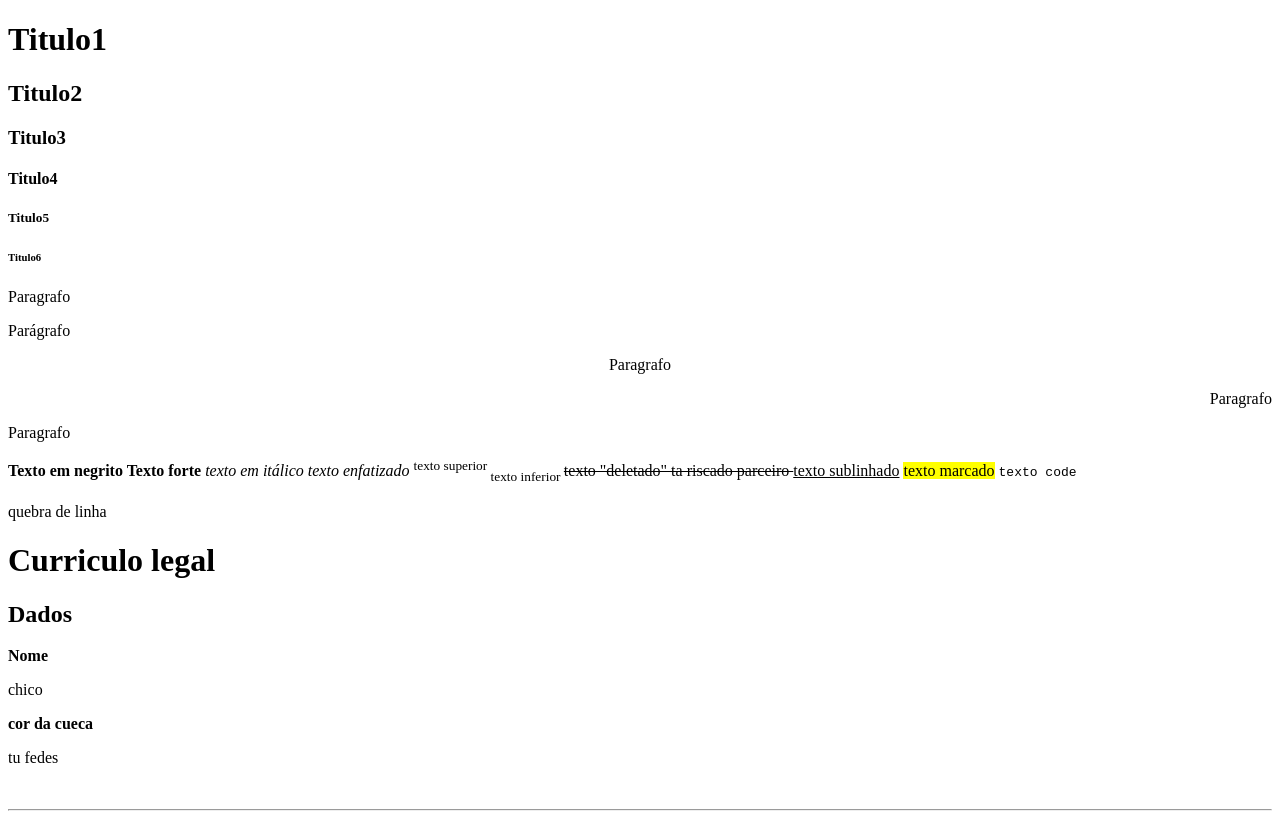
Repository: EmanuelUrbano/introducao_a_tecnologias
Page: estudos/estudo_html/index.html
These files come from the project's save history. The page is drawn as it stood at one moment and after the next save; the edit follows.
The browser window is 1280 px wide. The pictures show the whole page.

Above is the page before, as saved 2022-04-03 13:11:48.

### estudos/estudo_html/index.html
<!DOCTYPE html>
<html>
    <head>
        <meta chaset="UTF-8">
        <title>Estudos</title>
    </head>
    <body>
        <h1>Titulo1</h1>
        <h2>Titulo2</h2>
        <h3>Titulo3</h3>
        <h4>Titulo4</h4>
        <h5>Titulo5</h5>
        <h6>Titulo6</h6>
        <p>Paragrafo</p>
        <p align="left">Parágrafo</p>
        <p align="center">Paragrafo</p>
        <p align="right">Paragrafo</p>
        <p align="justify">Paragrafo</p>
        <b>Texto em negrito </b>
        <strong>Texto forte </strong>
        <i>texto em itálico </i>
        <em>texto enfatizado </em>
        <sup>texto superior </sup>
        <sub>texto inferior </sub>
        <del>texto "deletado" ta riscado parceiro </del>
        <ins>texto sublinhado</ins>
        <mark>texto marcado</mark>
        <code>texto code</code>
        <br>
        <br>
        quebra de linha
        <br>
        <!--comentario legal-->

        <!--cabeçalho curriculo e nome de quem é o curriculo-->
        <h1>Curriculo legal</h1>
        <!--Seção de dados pessoais-->
        <section>
            <!--Titulo seção-->
            <h2>Dados</h2>
            <!--"formulário"-->
            <b> Nome</b><p>chico</p>
            <b>cor da cueca</b><p>tu fedes</p><br>
        </section>
        <!--linha de separação-->
        <hr>
        <!--Seção de Habilidades e competencias-->
            <!--Titulo seção-->
            <!--Paragrafo descritivo-->
        <!--linha de separação-->


        <!--Seção de experiencia profissional-->
            <!--Titulo seção-->
            <!--ano inicial final e nome da empresa-->
            <!--Paragrafo descritivo da experiencia-->

        <!--linha de separação-->


        <!--seção de formação Academica-->
            <!--Titulo seção-->
            <!--ano inicial final e nome da escola-->
        <!--linha de separação-->

        <!--Formação complementar-->
            <!--Titulo seção-->
            <!--ano inicial final e nome do curso-->
        <!--linha de separação-->
    </body>
</html>

After the next save:
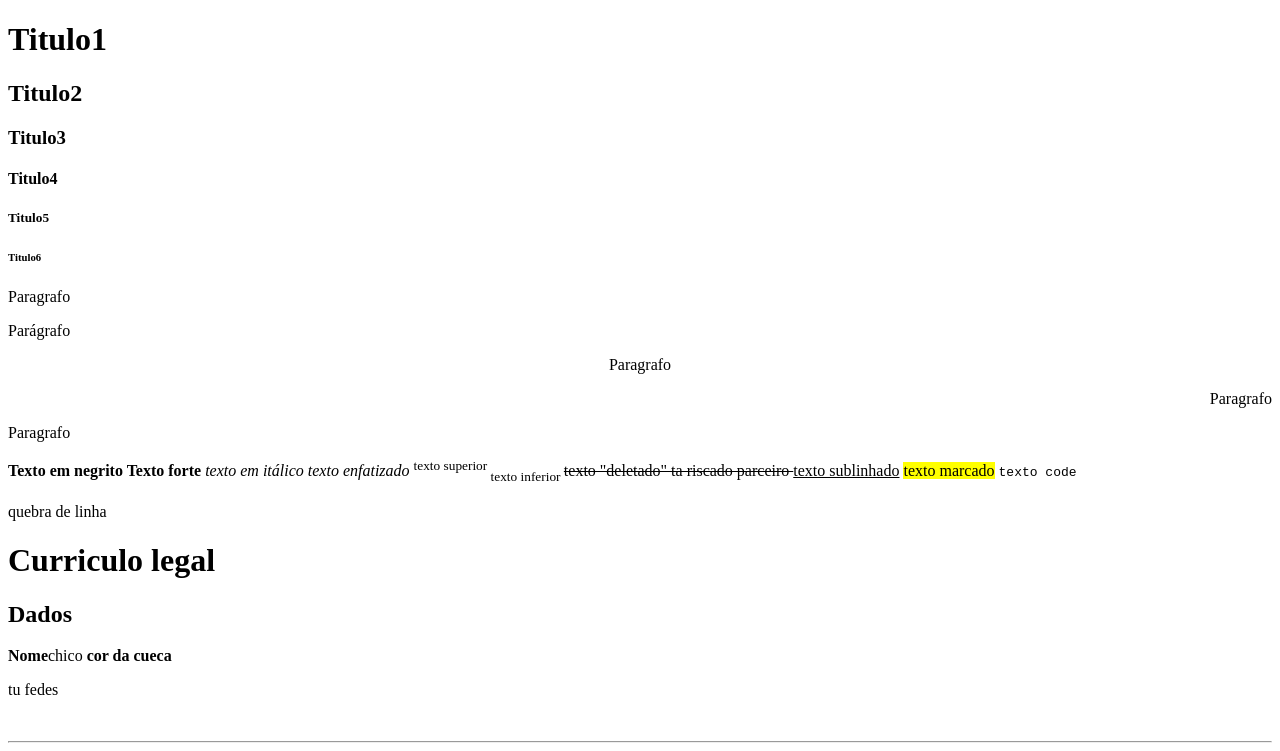
Saved 81 s later.
--- a/estudos/estudo_html/index.html
+++ b/estudos/estudo_html/index.html
@@ -39,7 +39,7 @@
             <!--Titulo seção-->
             <h2>Dados</h2>
             <!--"formulário"-->
-            <b> Nome</b><p>chico</p>
+            <b> Nome</b>chico
             <b>cor da cueca</b><p>tu fedes</p><br>
         </section>
         <!--linha de separação-->
